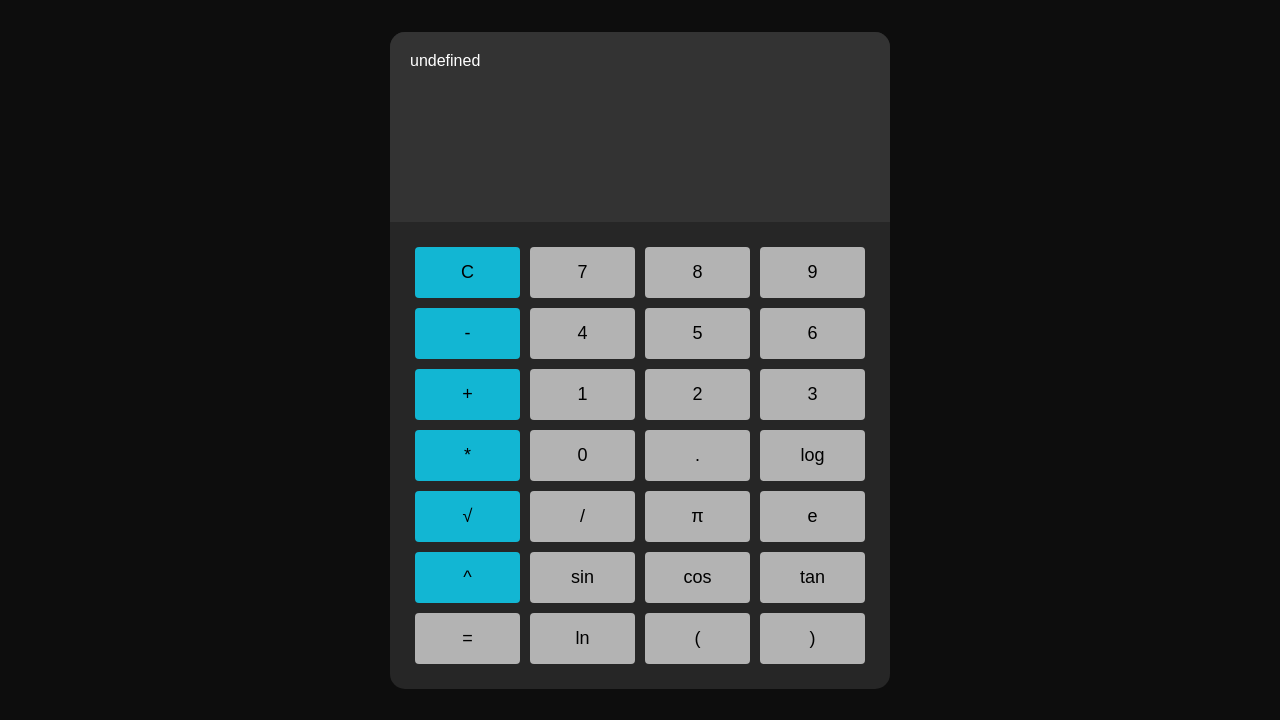
Repository: Haakim19/JavaScript
Page: Calculater/Main.html
An editor plug-in stored every save of this project. The page is shown before and after the next save, followed by the edit.
The browser window is 1280 px wide. The pictures show the whole page.
After loading, the first visible `button[onclick="calculate()"]` was clicked once.

Above is the page before, as saved 2024-10-23 10:43:25.

### Calculater/Main.html
<!DOCTYPE html>
<html lang="en">
<head>
    <meta charset="UTF-8">
    <meta name="viewport" content="width=device-width, initial-scale=1.0">
    <title>Calculator</title>
    <link rel="stylesheet" href="Main.css">
</head>
<body>
    <div id="calculator">
        <div id="calculator-normal">
            <input id= "display1" readonly>
            <input id="display2" readonly>
            <div id="keys">
                <button onclick="clearDisplay()" class="operator-btn">C</button>
                <button onclick="appentToDisplay('7')">7</button>
                <button onclick="appentToDisplay('8')">8</button>
                <button onclick="appentToDisplay('9')">9</button>
                <button onclick="appentToDisplay('-')" class="operator-btn">-</button>
                <button onclick="appentToDisplay('4')">4</button>
                <button onclick="appentToDisplay('5')">5</button>
                <button onclick="appentToDisplay('6')">6</button>
                <button onclick="appentToDisplay('+')" class="operator-btn">+</button>
                <button onclick="appentToDisplay('1')">1</button>
                <button onclick="appentToDisplay('2')">2</button>
                <button onclick="appentToDisplay('3')">3</button>
                <button onclick="appentToDisplay('*')" class="operator-btn">*</button>
                <button onclick="appentToDisplay('0')">0</button>
                <button onclick="appentToDisplay('.')" >.</button>
                <button onclick="appentToDisplay('Math.log10()')" >log</button>
                <button onclick="appentToDisplay('Math.sqrt()')" class="operator-btn">√</button>
                <button onclick="appentToDisplay('/')">/</button>
                <button onclick="appendToDisplay('Math.PI()')">π</button>
                <button onclick="appentToDisplay('Math.e()')">e</button>
                <button onclick="appendToDisplay('**')" class="operator-btn">^</button>
                <button onclick="appentToDisplay('Math.sin()')">sin</button>
                <button onclick="appentToDisplay('Math.cos()')">cos</button>
                <button onclick="appentToDisplay('Math.tan()')">tan</button>
                <button onclick="calculate()" >=</button>
                <button onclick="appentToDisplay('Math.log()')">ln</button>
                <button onclick="appentToDisplay('')"><span>&#40;</span></button>
                <button onclick="appentToDisplay('')"><span>&#41;</span></button>
            </div>
        </div>

    </div>
<script src="Main.js"></script>
</body>
</html>

### Calculater/Main.css
body{
    margin: 0;
    display: flex;
    justify-content: center;
    align-items: center;
    height: 100vh;
    background-color: hsl(0,0%, 5%);
}
#calculate{
    font-family:sans-serif;
    box-shadow: 0 4px 10px rgba(0, 0, 0, 0.1);
}
#calculator-normal{
    background-color: hsl(0, 0%, 15%);
    border-radius: 15px;
    max-width: 500px;
    overflow: hidden;
}

#display1{
    width: 100%;
    padding: 20px;
    font-size: 1rem;
    border: none;
    text-align: left;
    padding-right: -15px;
    color: white;
    background-color: hsl(0, 0%, 20%);

}
#display2{
    width: 100%;
    padding: 20px;
    font-size: 5rem;
    border: none;
    text-align: left;
    padding-right: -15px;
    color: white;
    background-color: hsl(0, 0%, 20%);

}
#keys{
    display: grid;
    grid-template-columns: repeat(4, 1fr);
    gap: 10px;
    padding: 25px;
}
/* #keys-normal{
    width: 80px;
    height: 60px;
    color: white;
    border-radius: 50px;
    border: none;
    font-size: 3rem;
    background-color: hsl(0, 0%, 30%);
    font-weight: bold;
    cursor: pointer;
} */
/* button{
    width: 80px;
    height: 60px;
    color: white;
    border-radius: 50px;
    border: none;
    font-size: 3rem;
    background-color: hsl(0, 0%, 30%);
    font-weight: bold;
    cursor: pointer;
} */
button{
    width: 100%;
    padding: 15px;
    font-size: 18px;
    border: none;
    border-radius: 4px;
    background-color: hsl(0, 0%, 70%);
    cursor: pointer;
    transition: background-color 0.5s;
}

button:hover{
    background-color: hsl(0, 0%, 40%);
}

button:active{
    background-color: hsl(0, 0%, 50%);
}

.operator-btn{
    background-color: hsl(189, 84%, 45%);
}

.operator-btn:hover{
    background-color: hsl(189, 84%, 65%);
}

.operator-btn:active{
    background-color: hsl(189, 84%, 75%);
}

### Calculater/Main.js
const display1 = document.getElementById('display1');
const display2 = document.getElementById('display2');

function appentToDisplay(input){
    display2.value += input;
}
function clearDisplay(){
    display1.value = '';
    display2.value = '';
}
function calculate(){
    try{
        display1.value = eval(display2.value);}
    catch{
        display2.value = 'Error';
    }

}

After the next save:
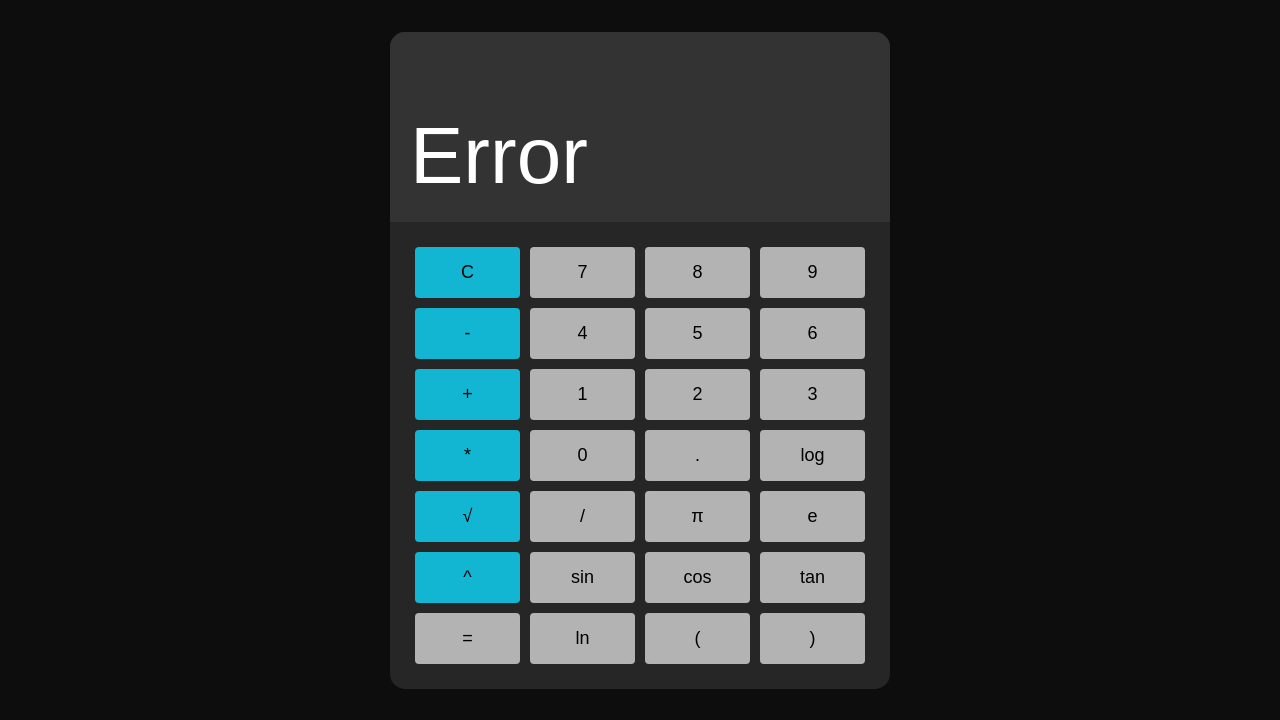
Saved 4 min 41 s later.
--- a/Calculater/Main.js
+++ b/Calculater/Main.js
@@ -10,6 +10,15 @@
 }
 function calculate(){
     try{
+        let expression = display.value
+        .replace(/sin/g, 'Math.sin')
+        .replace(/cos/g, 'Math.cos')
+        .replace(/tan/g, 'Math.tan')
+        .replace(/√/g, 'Math.sqrt')
+        .replace(/π/g, 'Math.PI')
+        .replace(/log/g, 'Math.log10')
+        .replace(/ln/g, 'Math.log')
+        .replace(/\^/g, '**');
         display1.value = eval(display2.value);}
     catch{
         display2.value = 'Error';

After the 2 saves that followed:
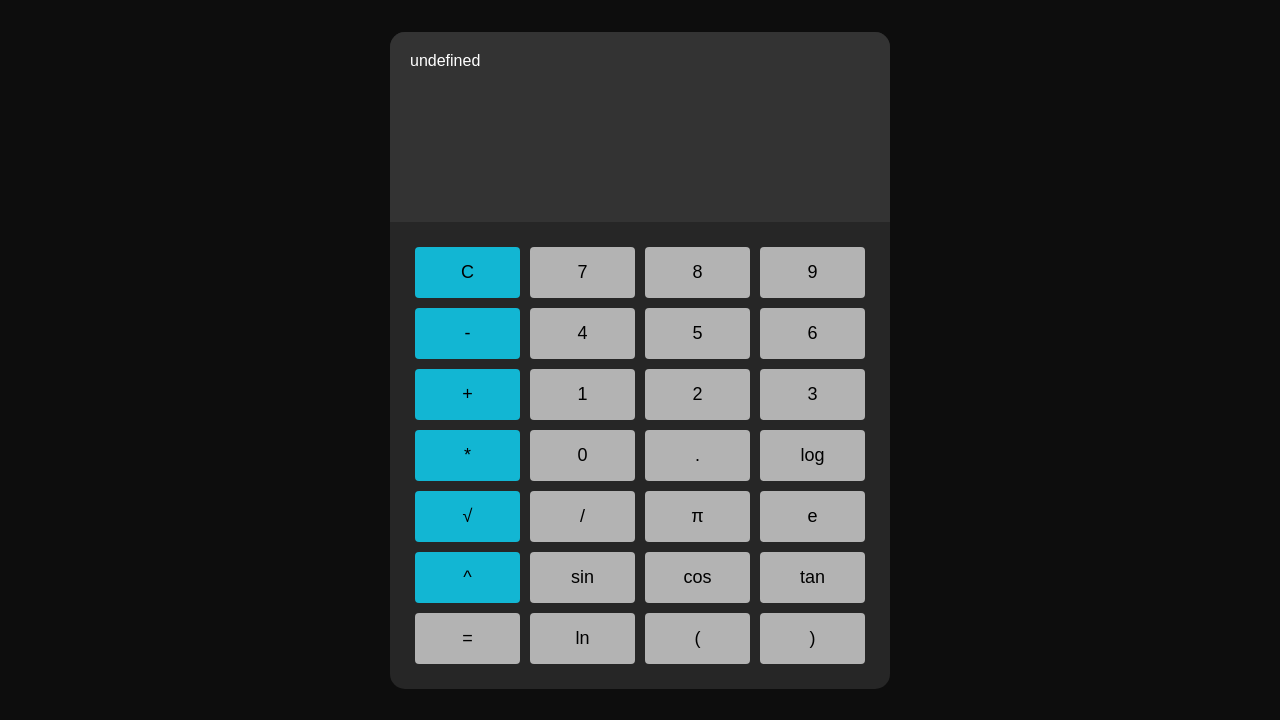
The 2 saves are shown as one change because 1 left the picture as it was.
The last was saved 72 s later.
--- a/Calculater/Main.html
+++ b/Calculater/Main.html
@@ -27,17 +27,17 @@
                 <button onclick="appentToDisplay('*')" class="operator-btn">*</button>
                 <button onclick="appentToDisplay('0')">0</button>
                 <button onclick="appentToDisplay('.')" >.</button>
-                <button onclick="appentToDisplay('Math.log10()')" >log</button>
-                <button onclick="appentToDisplay('Math.sqrt()')" class="operator-btn">√</button>
+                <button onclick="appentToDisplay('log10()')" >log</button>
+                <button onclick="appentToDisplay('sqrt()')" class="operator-btn">√</button>
                 <button onclick="appentToDisplay('/')">/</button>
-                <button onclick="appendToDisplay('Math.PI()')">π</button>
-                <button onclick="appentToDisplay('Math.e()')">e</button>
+                <button onclick="appendToDisplay('PI()')">π</button>
+                <button onclick="appentToDisplay('e()')">e</button>
                 <button onclick="appendToDisplay('**')" class="operator-btn">^</button>
-                <button onclick="appentToDisplay('Math.sin()')">sin</button>
-                <button onclick="appentToDisplay('Math.cos()')">cos</button>
-                <button onclick="appentToDisplay('Math.tan()')">tan</button>
+                <button onclick="appentToDisplay('sin()')">sin</button>
+                <button onclick="appentToDisplay('cos()')">cos</button>
+                <button onclick="appentToDisplay('tan()')">tan</button>
                 <button onclick="calculate()" >=</button>
-                <button onclick="appentToDisplay('Math.log()')">ln</button>
+                <button onclick="appentToDisplay('log()')">ln</button>
                 <button onclick="appentToDisplay('')"><span>&#40;</span></button>
                 <button onclick="appentToDisplay('')"><span>&#41;</span></button>
             </div>
--- a/Calculater/Main.js
+++ b/Calculater/Main.js
@@ -10,7 +10,7 @@
 }
 function calculate(){
     try{
-        let expression = display.value
+        let expression = display2.value
         .replace(/sin/g, 'Math.sin')
         .replace(/cos/g, 'Math.cos')
         .replace(/tan/g, 'Math.tan')
